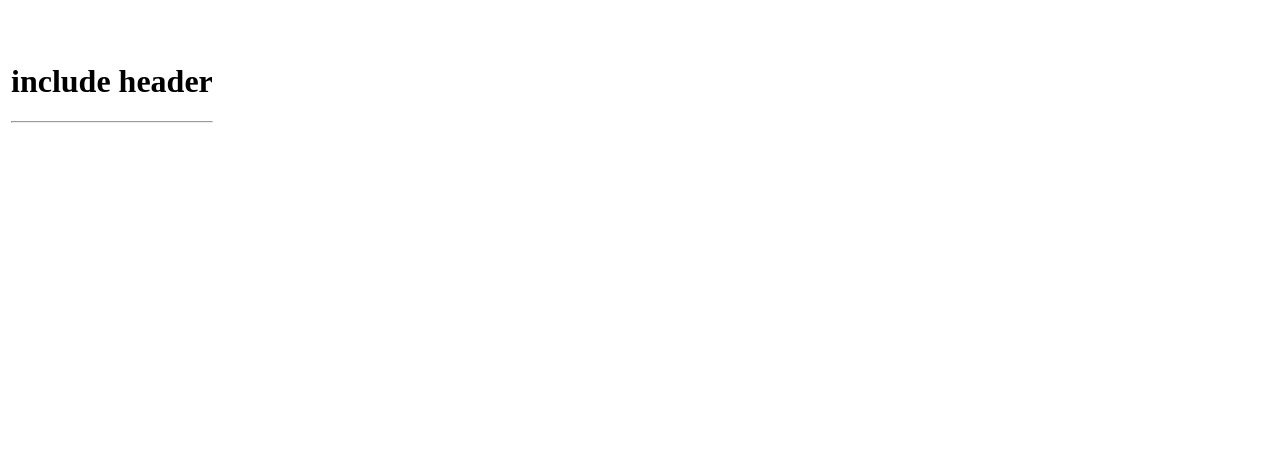
Repository: gh-56/jsp_workspace_al
Page: http://localhost/12_template_page/index.jsp?page=default
The author's editor kept a copy of each file at every save. The page is drawn from the files as they stood at one save, then again after the next save.
The browser window is 1280 px wide. The pictures show the whole page.
The page is served by Tomcat 9.

Above is the page before, as saved 2023-10-18 02:04:19.

After the next save:
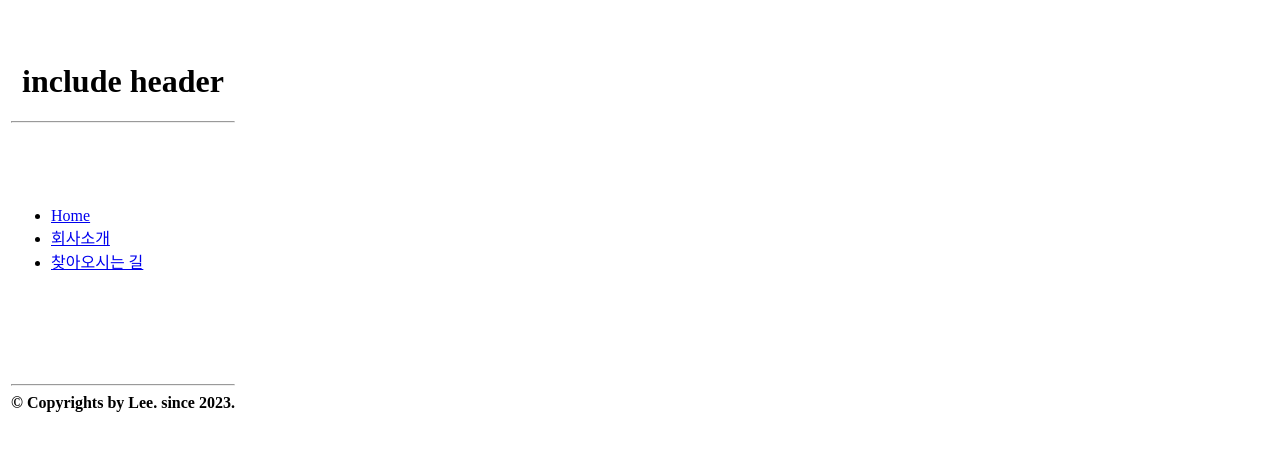
Saved 83 s later.
--- a/12_template_page/src/main/webapp/index.jsp
+++ b/12_template_page/src/main/webapp/index.jsp
@@ -13,6 +13,19 @@
 				<jsp:include page="header.jsp"></jsp:include>
 			</th>
 		</tr>
+		<tr>
+			<td colspan="2" height="150">
+				<jsp:include page="aside.jsp"></jsp:include>
+			</td>
+			<td width="790">
+				<!-- 본문 내용 -->
+			</td>
+		</tr>
+		<tr>
+			<th colspan="2" height="150">
+				<jsp:include page="footer.jsp"></jsp:include>
+			</th>
+		</tr>
 	</table>
 </body>
 </html>
